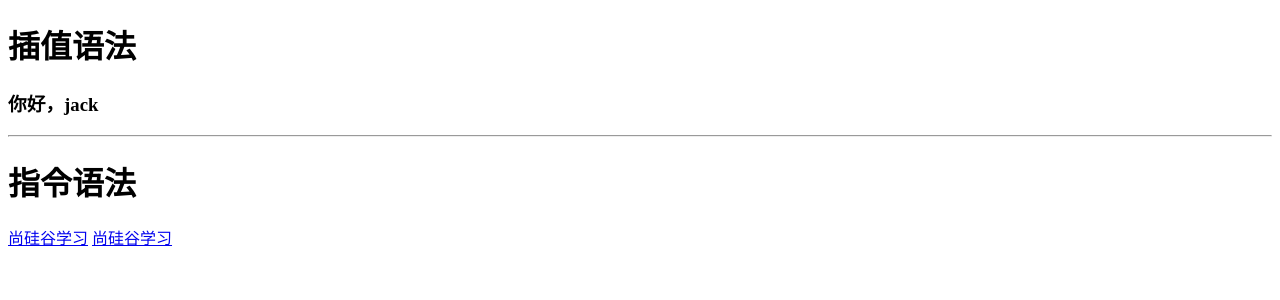
Repository: Lconfident/Learning_Process
Page: Vue/vue_basic/02_Vue模板语法/模板语法.html
An editor plug-in stored every save of this project. The page is shown before and after the next save, followed by the edit.
The browser window is 1280 px wide. The pictures show the whole page.

Above is the page before, as saved 2023-07-16 09:06:07.

### Vue/vue_basic/02_Vue模板语法/模板语法.html
<!DOCTYPE html>
<html lang="en">

<head>
    <meta charset="UTF-8">
    <meta name="viewport" content="width=device-width, initial-scale=1.0">
    <title>模板语法</title>
    <!-- 引入Vue -->
    <script type="text/javascript" src="../../js/vue.js"></script>
</head>

<body>
    <!-- 准备好一个容器 -->
    <div id="root">
        <h1>插值语法</h1>
        <h3>你好，{{name}}</h3>

        <hr>

        <h1>指令语法</h1>
        <a v-bind:href="url">尚硅谷学习</a>

        <a :href="url">尚硅谷学习</a>

    </div>

    <script type="text/javascript">
        new Vue({
            el:'#root',
            data:{
                name:'jack',
                url:'http://www.atguigu.com'
            }
        })
    </script>
</body>

</html>

Loaded but not shown: Vue/js/vue.js (library)

After the next save:
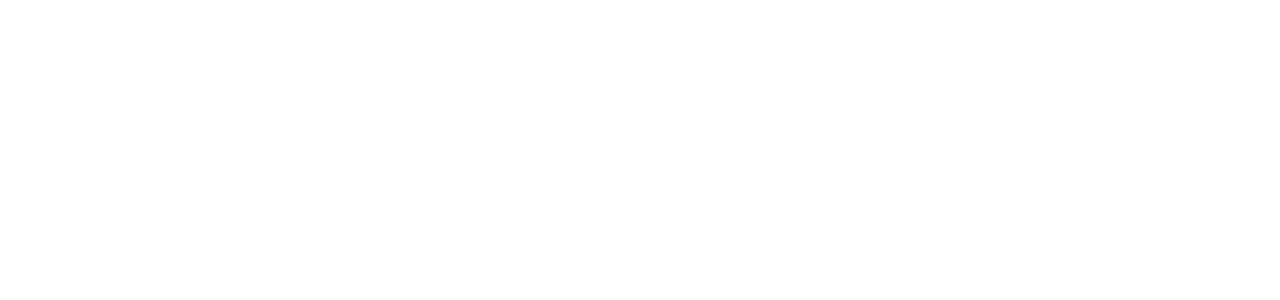
Saved 10 s later.
--- a/Vue/vue_basic/02_Vue模板语法/模板语法.html
+++ b/Vue/vue_basic/02_Vue模板语法/模板语法.html
@@ -20,7 +20,7 @@
         <h1>指令语法</h1>
         <a v-bind:href="url">尚硅谷学习</a>
 
-        <a :href="url">尚硅谷学习</a>
+        <a :href="url" :x="">尚硅谷学习</a>
 
     </div>
 

After the save that followed:
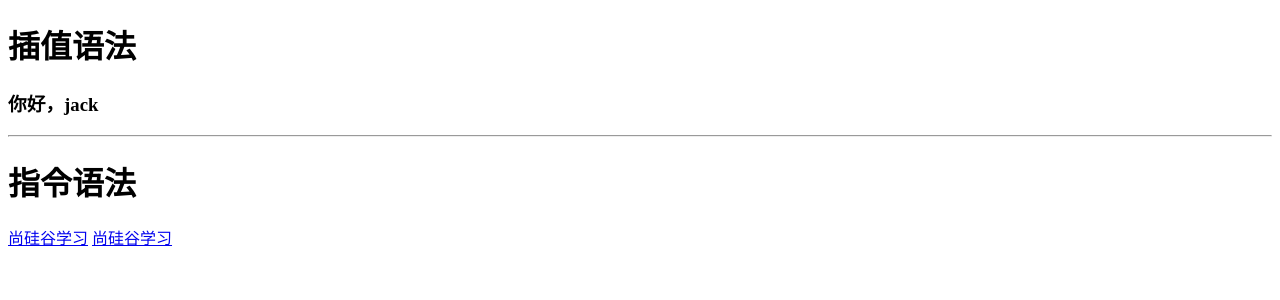
Saved 5 s later.
--- a/Vue/vue_basic/02_Vue模板语法/模板语法.html
+++ b/Vue/vue_basic/02_Vue模板语法/模板语法.html
@@ -20,7 +20,7 @@
         <h1>指令语法</h1>
         <a v-bind:href="url">尚硅谷学习</a>
 
-        <a :href="url" :x="">尚硅谷学习</a>
+        <a :href="url" :x="hello">尚硅谷学习</a>
 
     </div>
 
